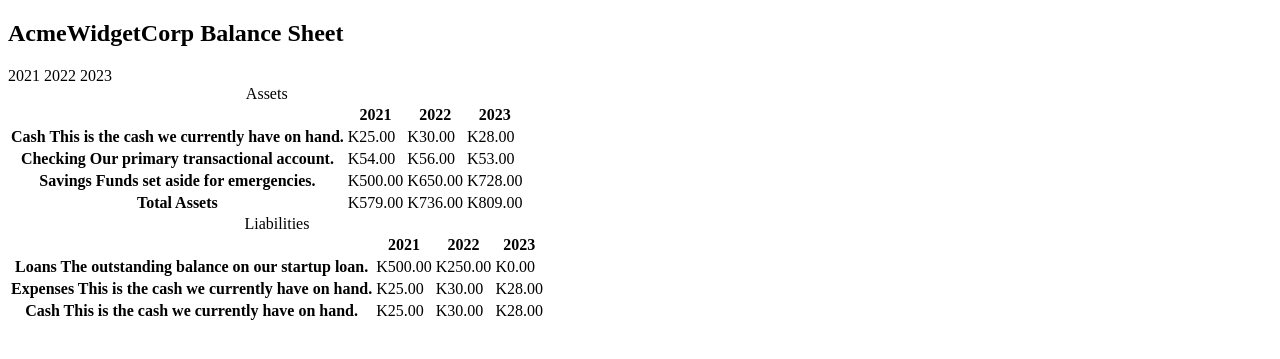
Repository: Lungdjos/balance_shee
Page: index.html
The author's editor kept a copy of each file at every save. The page is drawn from the files as they stood at one save, then again after the next save.
The browser window is 1280 px wide. The pictures show the whole page.

Above is the page before, as saved 2023-10-31 16:53:41.

### index.html
<!DOCTYPE html>
<html lang="en">

<head>
    <meta charset="UTF-8">
    <meta name="viewport" content="width=device-width, initial-scale=1.0">
    <title>Balance Sheet</title>
    <link rel="stylesheet" href="styles.css">
</head>

<body>
    <main>
        <section>
            <h1>
                <span class="flex">
                <span>AcmeWidgetCorp</span>
                <span>Balance Sheet</span>
                </span>
            </h1>
            <div id="years" aria-hidden="true">
                <span class="year">2021</span>
                <span class="year">2022</span>
                <span class="year">2023</span>
            </div>
            <div class="table-wrap">
                <table>
                    <caption>Assets</caption>
                    <thead>
                        <tr>
                            <td></td>
                            <th><span class="sr-only year">2021</span></th>
                            <th><span class="sr-only year">2022</span></th>
                            <th class="current"><span class="current">2023</span></th>
                        </tr>
                    </thead>
                    <tbody>
                        <tr class="data">
                            <th>
                                Cash <span class="description">This is the cash we currently have on hand.</span>
                            </th>
                            <td>K25.00</td>
                            <td>K30.00</td>
                            <td class="current">K28.00</td>
                        </tr>
                        <tr class="data">
                            <th>
                                Checking <span class="description">Our primary transactional account.</span>
                            </th>
                            <td>K54.00</td>
                            <td>K56.00</td>
                            <td class="current">K53.00</td>
                        </tr>
                        <tr class="data">
                            <th>
                                Savings <span class="description">Funds set aside for emergencies.</span>
                            </th>
                            <td>K500.00</td>
                            <td>K650.00</td>
                            <td class="current">K728.00</td>
                        </tr>
                        <tr class="total">
                            <th>
                                Total <span class="sr-only">Assets</span>
                            </th>
                            <td>K579.00</td>
                            <td>K736.00</td>
                            <td class="current">K809.00</td>
                        </tr>
                    </tbody>
                </table>
                <table>
                    <caption>Liabilities</caption>
                    <thead>
                        <tr>
                            <td></td>
                            <th><span class="sr-only">2021</span></th>
                            <th><span class="sr-only">2022</span></th>
                            <th><span class="sr-only">2023</span></th>

                        </tr>
                    </thead>
                    <tbody>
                        <tr class="data">
                            <th>
                                Loans <span class="description">The outstanding balance on our startup loan.</span>
                            </th>
                            <td>K500.00</td>
                            <td>K250.00</td>
                            <td class="current">K0.00</td>
                        </tr>
                        <tr class="data">
                            <th>
                                Expenses <span class="description">This is the cash we currently have on hand.</span>
                            </th>
                            <td>K25.00</td>
                            <td>K30.00</td>
                            <td class="current">K28.00</td>
                        </tr>
                        <tr class="data">
                            <th>
                                Cash <span class="description">This is the cash we currently have on hand.</span>
                            </th>
                            <td>K25.00</td>
                            <td>K30.00</td>
                            <td class="current">K28.00</td>
                        </tr>
                        <tr class="total"></tr>
                    </tbody>
                </table>
                <table></table>
            </div>
        </section>
    </main>
</body>

</html>

</html>

Loaded but not shown: styles.css (no copy from this time; the picture is the same without it)

After the next save:
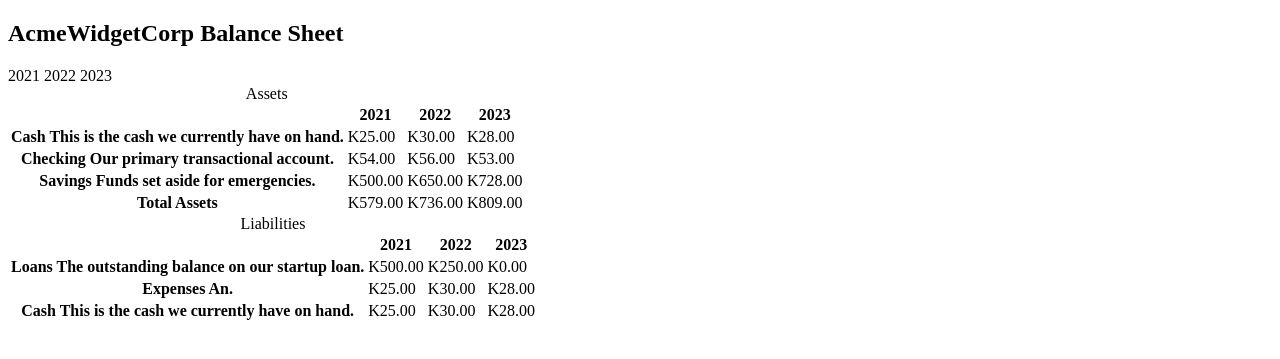
Saved 5 s later.
--- a/index.html
+++ b/index.html
@@ -90,7 +90,7 @@
                         </tr>
                         <tr class="data">
                             <th>
-                                Expenses <span class="description">This is the cash we currently have on hand.</span>
+                                Expenses <span class="description">An.</span>
                             </th>
                             <td>K25.00</td>
                             <td>K30.00</td>
